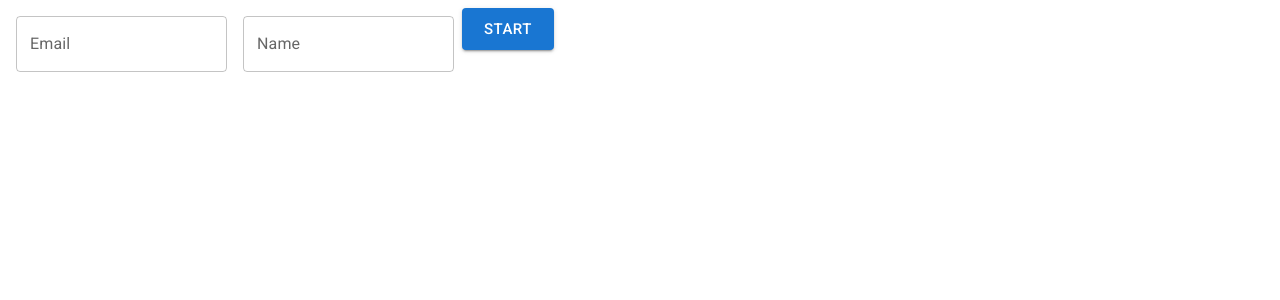
Repository: shikubro90/Quiz-App-React
Page: /
The author's editor kept a copy of each file at every save. The page is drawn from the files as they stood at one save, then again after a run of saves.
The browser window is 1280 px wide. The pictures show the whole page.
The project was rebuilt for these pictures with package versions that can differ from the ones it lists, and the page was loaded fresh each time. Also part of the build but not shown: src/index.css, src/App.css.

Above is the page before, as saved 2022-06-25 01:32:34.

After the next 7 saves:
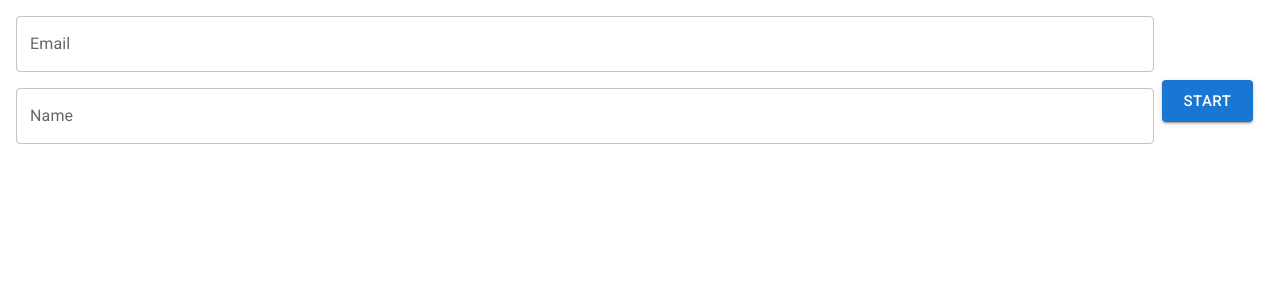
The 7 saves are shown as one change because 2 did not build or start and some came seconds apart.
The last was saved 85 s later.
--- a/src/components/Login.jsx
+++ b/src/components/Login.jsx
@@ -1,12 +1,14 @@
 import React from 'react';
 import {Box, Button} from '@mui/material'
 import { TextField } from '@mui/material';
+import { width } from '@mui/system';
 
 const Login = () => {
     return (
         <Box sx={{
             '& .MuiTextField-root' : {
-                m:1
+                m:1,
+                width: "90%"
             }
         }}>
             <form noValidate>
